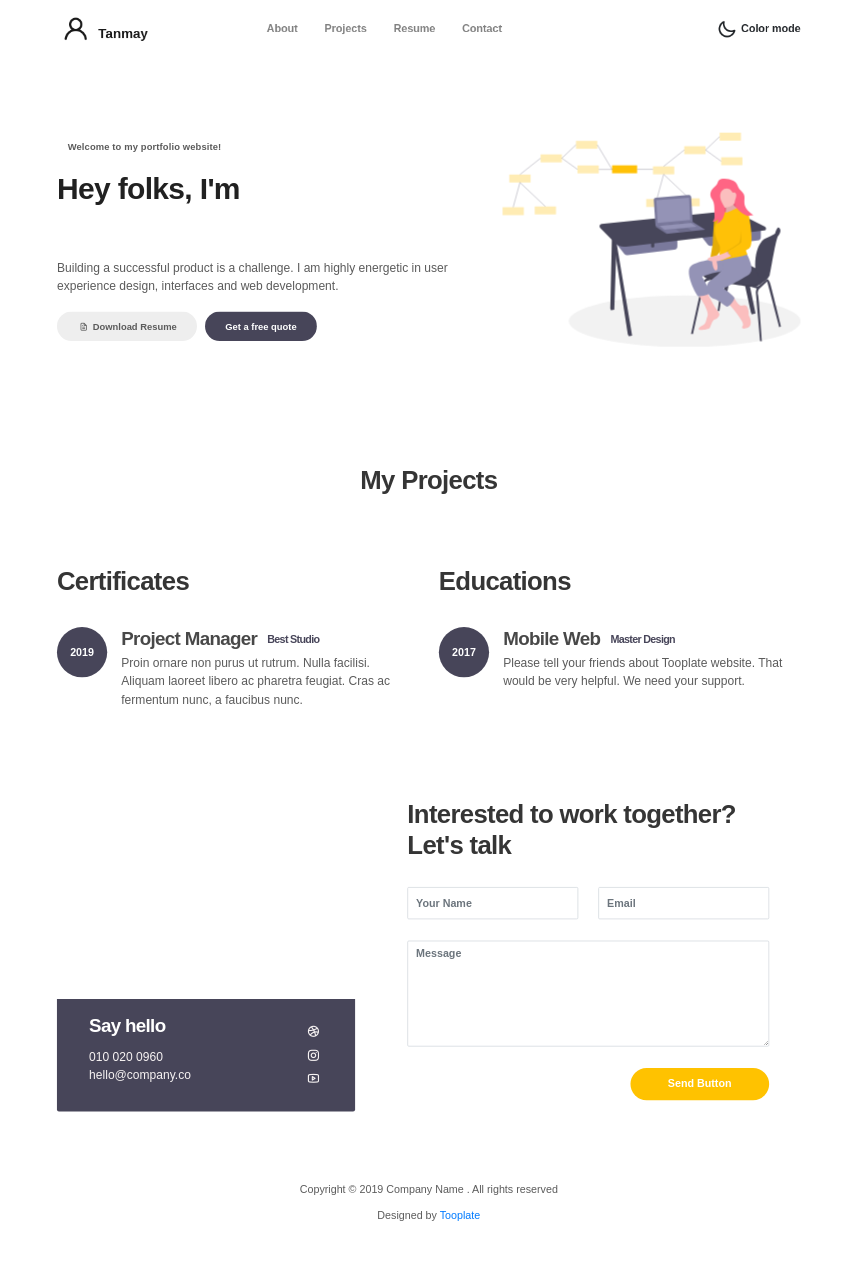
Repository: Tanmay-Kayande/Myportfolio
Page: http://localhost/myproject/
The author's editor kept a copy of each file at every save. The page is drawn from the files as they stood at one save, then again after the next save.
The browser window is 1280 px wide. The pictures show the whole page, at 67% of full size.
Pictures or frames that could not be fetched are drawn as grey boxes. Some web fonts or font styles are not loaded; a fallback is used. The page is served by Tomcat 9.

Above is the page before, as saved 2024-02-13 10:10:12.

After the next save:
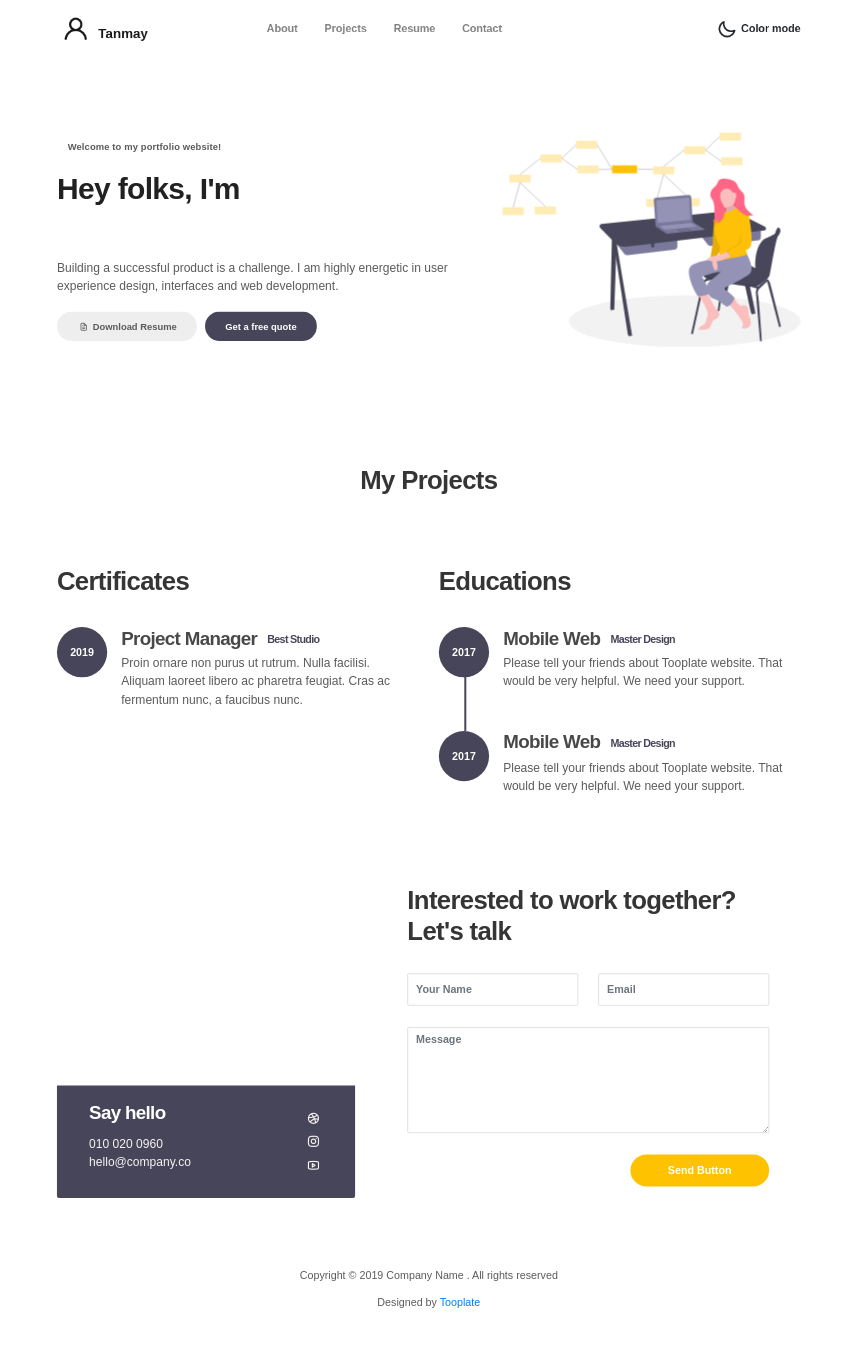
Saved 9 s later.
--- a/myproject/src/main/webapp/index.jsp
+++ b/myproject/src/main/webapp/index.jsp
@@ -261,6 +261,18 @@
 									would be very helpful. We need your support.</p>
 							</div>
 						</div>
+						<div class="timeline-wrapper">
+							<div class="timeline-yr">
+								<span>2017</span>
+							</div>
+							<div class="timeline-info">
+								<h3>
+									<span>Mobile Web</span><small>Master Design</small>
+								</h3>
+								<p>Please tell your friends about Tooplate website. That
+									would be very helpful. We need your support.</p>
+							</div>
+						</div>
 
 						<!-- <div class="timeline-wrapper">
 							<div class="timeline-yr">

After the save that followed:
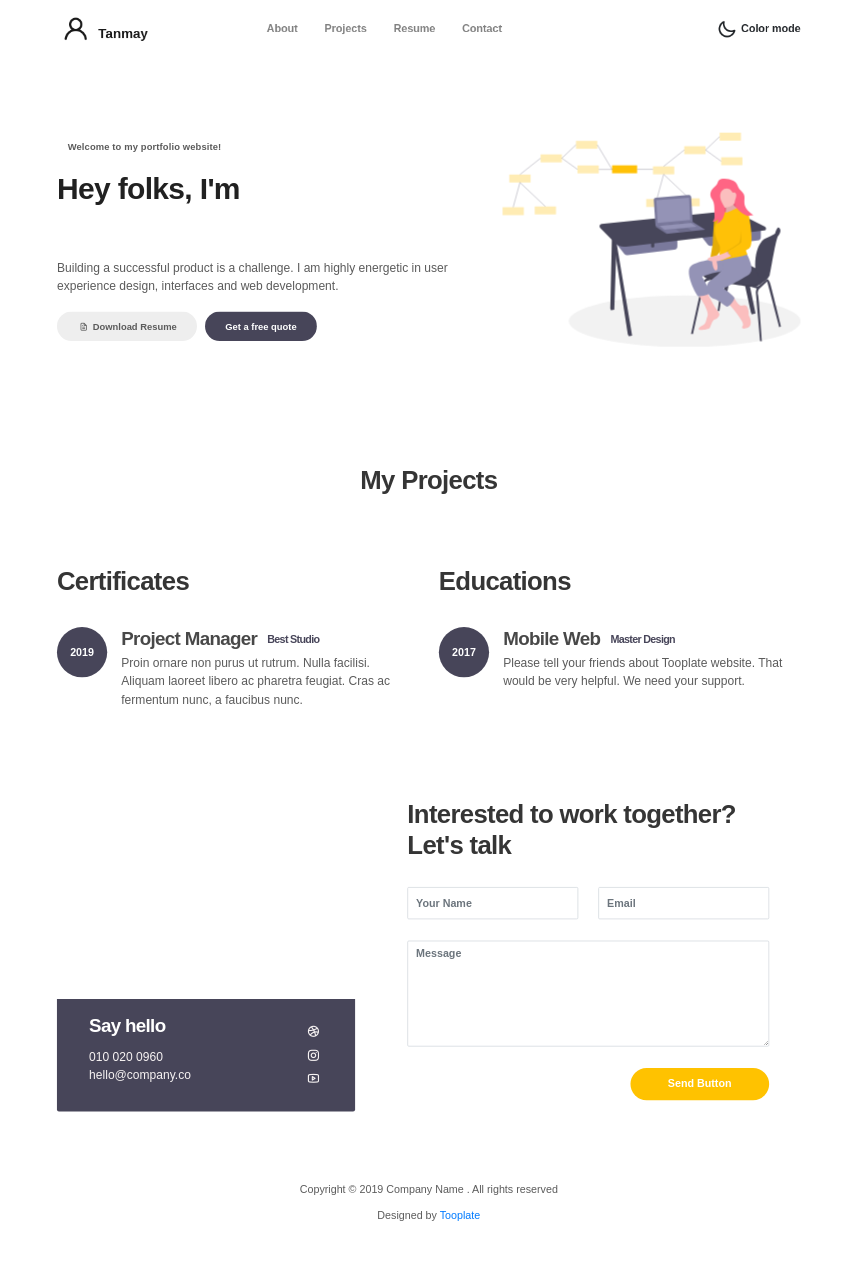
Saved 9 s later.
--- a/myproject/src/main/webapp/index.jsp
+++ b/myproject/src/main/webapp/index.jsp
@@ -261,18 +261,7 @@
 									would be very helpful. We need your support.</p>
 							</div>
 						</div>
-						<div class="timeline-wrapper">
-							<div class="timeline-yr">
-								<span>2017</span>
-							</div>
-							<div class="timeline-info">
-								<h3>
-									<span>Mobile Web</span><small>Master Design</small>
-								</h3>
-								<p>Please tell your friends about Tooplate website. That
-									would be very helpful. We need your support.</p>
-							</div>
-						</div>
+
 
 						<!-- <div class="timeline-wrapper">
 							<div class="timeline-yr">
